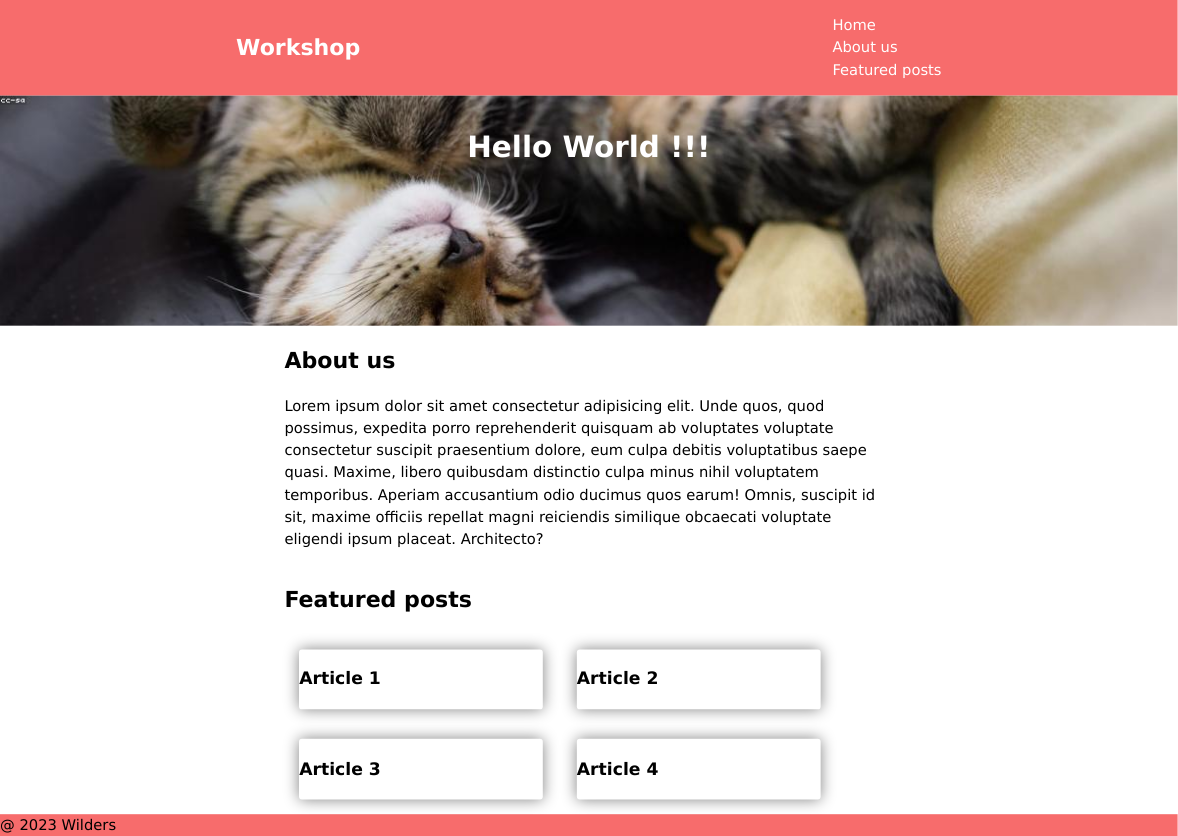
Repository: PPaillard/cssresponsive
Page: index.html
The author's editor kept a copy of each file at every save. The page is drawn from the files as they stood at one save, then again after the next save.
The browser window is 1280 px wide. The pictures show the whole page, at 92% of full size.

Above is the page before, as saved 2023-03-03 14:10:38.

### index.html
<!DOCTYPE html>
<html lang="en">
  <head>
    <meta charset="UTF-8" />
    <meta http-equiv="X-UA-Compatible" content="IE=edge" />
    <meta name="viewport" content="width=device-width, initial-scale=1.0" />
    <title>Document</title>
    <link rel="stylesheet" href="style.css" />
  </head>
  <body>
    <nav>
      <h2>Workshop</h2>
      <ul>
        <li><a href="#home">Home</a></li>
        <li><a href="#aboutus">About us</a></li>
        <li><a href="#featuredposts">Featured posts</a></li>
      </ul>
    </nav>
    <header>
      <h1>Hello World !!!</h1>
    </header>
    <main>
      <section>
        <h2>About us</h2>
        <p>
          Lorem ipsum dolor sit amet consectetur adipisicing elit. Unde quos,
          quod possimus, expedita porro reprehenderit quisquam ab voluptates
          voluptate consectetur suscipit praesentium dolore, eum culpa debitis
          voluptatibus saepe quasi. Maxime, libero quibusdam distinctio culpa
          minus nihil voluptatem temporibus. Aperiam accusantium odio ducimus
          quos earum! Omnis, suscipit id sit, maxime officiis repellat magni
          reiciendis similique obcaecati voluptate eligendi ipsum placeat.
          Architecto?
        </p>
      </section>
      <section id="featured-posts">
        <h2>Featured posts</h2>
        <div>
          <article><h1>Article 1</h1></article>
          <article><h1>Article 2</h1></article>
          <article><h1>Article 3</h1></article>
          <article><h1>Article 4</h1></article>
        </div>
      </section>
    </main>
    <footer>@ 2023 Wilders</footer>
  </body>
</html>

### style.css
* {
  box-sizing: border-box;
}

body {
  margin: 0;
  line-height: 1.5;
  font-family: Verdana, Geneva, Tahoma, sans-serif;
}

/* Navigation */
nav {
  display: flex;
  justify-content: space-around;
  align-items: center;
  background-color: #f76c6c;
  color: #ffffff;
}

nav > h2 {
  margin: 0;
}

nav ul {
  margin: 0;
  padding: 1rem 0;
}

nav ul li {
  list-style: none;
}

nav ul li a {
  color: white;
  text-decoration: none;
}
/* fin de navigation */
/* header */

header {
  min-height: 250px;
  text-align: center;
  background-image: url("65535_52214085447_ec2bf04bd7_h_1200_300_nofilter.jpg");
  background-repeat: no-repeat;
  background-size: cover;
}
header h1 {
  color: white;
  margin: 0;
  padding-top: 2rem;
}

section {
  margin: 0 auto;
  max-width: 65ch;
}

section article {
  display: inline-block;
  width: 40%;
  margin: 1rem;
  border-radius: 0.2rem;
  box-shadow: 0 0 1rem grey;
}

#featured-posts {
  display: grid;
}

footer {
  background-color: #f76c6c;
}

After the next save:
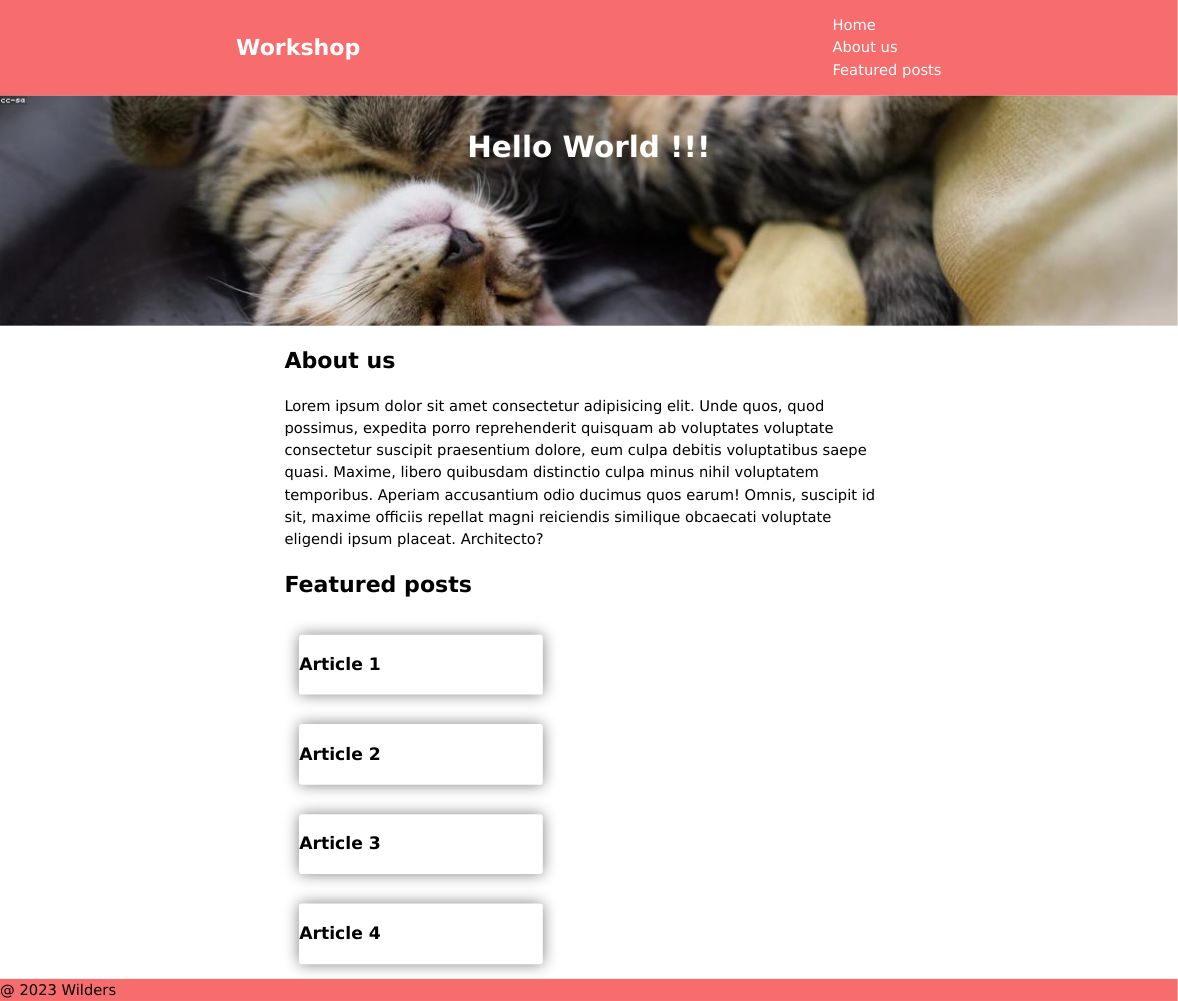
Saved 11 s later.
--- a/style.css
+++ b/style.css
@@ -63,7 +63,7 @@ section article {
   box-shadow: 0 0 1rem grey;
 }
 
-#featured-posts {
+#featured-posts div {
   display: grid;
 }
 
